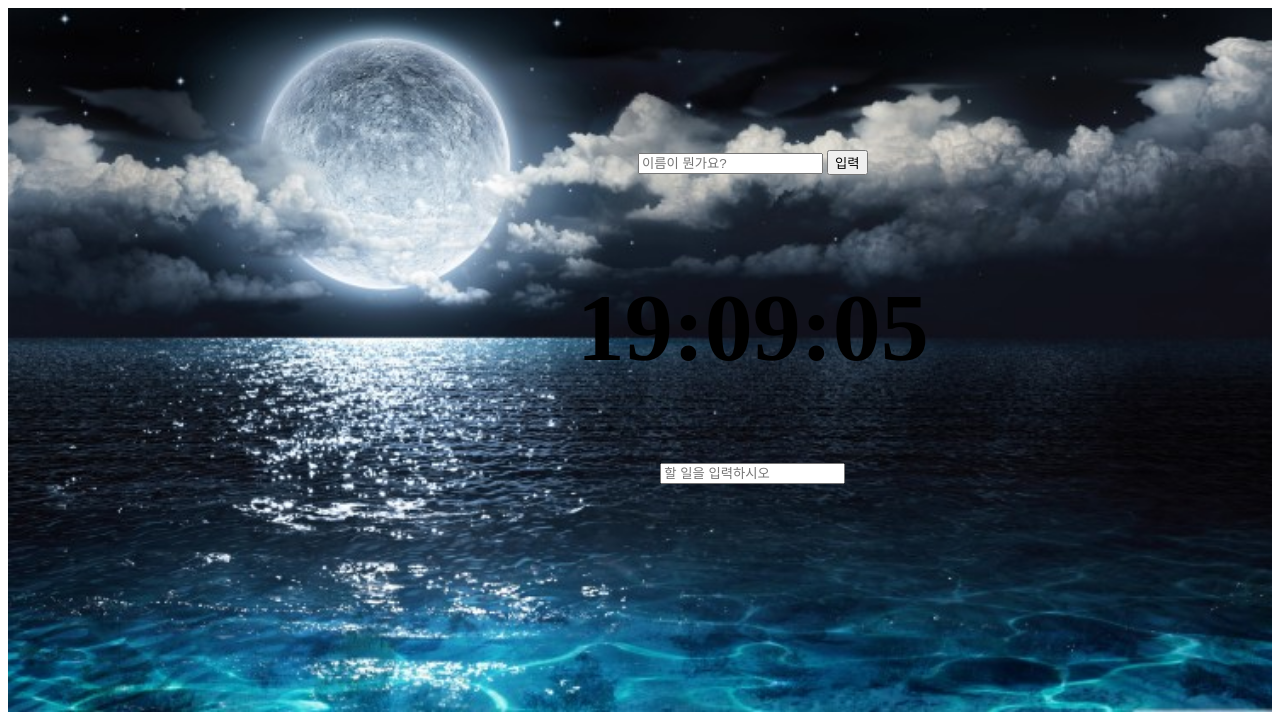
Repository: jun01270/F-E-practice
Page: index.html
These files come from the project's save history. The page is drawn as it stood at one moment and after the next save; the edit follows.
The browser window is 1280 px wide. The pictures show the whole page.

Above is the page before, as saved 2023-01-09 19:09:24.
Console error: TypeError: Cannot read properties of null (reading 'addEventListener')

### index.html
<!DOCTYPE html>
<html lang="en">
  <head>
    <meta charset="UTF-8" />
    <meta http-equiv="X-UA-Compatible" content="IE=edge" />
    <meta name="viewport" content="width=device-width, initial-scale=1.0" />
    <link rel="stylesheet" href="/css/style.css" />
    <title>Document</title>
  </head>
  <body>
    <div id="all">
      <form id="userName-form" class="hidden">
        <input required type="text" placeholder="이름이 뭔가요?" />
        <input type="submit" value="입력" />
      </form>
      <br />
      <h2 id="clock">00:00:00</h2>
      <form id="todo-form">
        <input type="text" placeholder="할 일을 입력하시오" />
      </form>
      <ul id="todo-list"></ul>
      <div id="quote">
        <span></span>
        <span></span>
      </div>
    </div>
    <script src="/js/greeting.js"></script>
    <script src="/js/clock.js"></script>
    <script src="/js/quotes.js"></script>
    <script src="/js/background.js"></script>
    <script src="js/todo.js"></script>
    <script src="/js/weather.js"></script>
  </body>
</html>

### css/style.css
.hidden {
  display: none;
}

#background {
  width: 100%;
  height: 100%;
  padding: 0;
}

body {
  position: relative;
}

#all {
  position: absolute;
  top: 20%;
  left: 45%;
  text-align: center;
}

#clock {
  font-size: 600%;
}

### js/greeting.js
const userNameBtn = document.querySelector("#userName-form submit");
const userName = document.querySelector("#userName-form input");
const loginForm = document.querySelector("#userName-form");
const firstH1 = document.getElementById("result");
const SavedUserName = localStorage.getItem("username");
const HIDDEN_CLASSNAME = "hidden";
const toStart = document.querySelector("button.boom");

function loginResult(e) {
  e.preventDefault();
  loginForm.classList.add(HIDDEN_CLASSNAME);
  const userName1 = userName.value;
  localStorage.setItem("username", userName1);
  paintUserName();
}

function paintUserName() {
  const userName1 = localStorage.getItem("username");
  firstH1.innerText = `Hello ${userName1}`;
  firstH1.classList.remove(HIDDEN_CLASSNAME);
}

if (SavedUserName === null) {
  loginForm.classList.remove(HIDDEN_CLASSNAME);
  loginForm.addEventListener("submit", loginResult);
} else {
  paintUserName();
}

function deleteUserName() {
  localStorage.removeItem("username");
  location.reload();
}

toStart.addEventListener("click", deleteUserName);
console.log(toStart.className);

### js/clock.js
const clock = document.querySelector("h2#clock");

function getClock() {
  const date = new Date();
  let Hours = String(date.getHours()).padStart(2, "0");
  let Minutes = String(date.getMinutes()).padStart(2, "0");
  let Seconds = String(date.getSeconds()).padStart(2, "0");
  // console.log(`${date.getHours()}:${date.getMinutes()}:${date.getSeconds()}`);
  clock.innerText = `${Hours}:${Minutes}:${Seconds}`;
}

getClock();
setInterval(getClock, 1000);

### js/quotes.js
const quotes = [
  {
    quote: "삶이 있는 한 희망은 있다",
    author: "-키케로",
  },
  {
    quote: "산다는것 그것은 치열한 전투이다.",
    author: "-로망로랑",
  },
  {
    quote: "하루에 3시간을 걸으면 7년 후에 지구를 한바퀴 돌 수 있다. ",
    author: "-사무엘존슨",
  },
  {
    quote: "언제나 현재에 집중할수 있다면 행복할것이다. ",
    author: "-파울로 코엘료",
  },
  {
    quote:
      "진정으로 웃으려면 고통을 참아야하며 , 나아가 고통을 즐길 줄 알아야 해 ",
    author: "-찰리 채플린",
  },
  {
    quote: "직업에서 행복을 찾아라. 아니면 행복이 무엇인지 절대 모를 것이다 ",
    author: "-엘버트 허버드",
  },
  {
    quote: "신은 용기있는자를 결코 버리지 않는다 ",
    author: "-켄러",
  },
  {
    quote:
      "행복의 문이 하나 닫히면 다른 문이 열린다 그러나 우리는 종종 닫힌 문을 멍하니 바라보다가 우리를 향해 열린 문을 보지 못하게 된다 ",
    author: "–헬렌켈러",
  },
  {
    quote: "피할수 없으면 즐겨라 ",
    author: "–로버트 엘리엇",
  },
];
const quoteCount = quotes.length;
const quote = document.querySelector("#quote span:first-child");
const author = document.querySelector("#quote span:last-child");
const todaysQuote = quotes[Math.floor(Math.random() * quoteCount)];

function showQuote() {
  console.log(quotes[Math.floor(Math.random() * quoteCount)]);
  quote.innerText = todaysQuote.quote;
  author.innerText = todaysQuote.author;
}

// setInterval(showQuote, 1000);

### js/background.js
const images = ["moon.jpg", "river.jpg", "orora.jpg"];
const chosenImage = images[Math.floor(Math.random() * images.length)];
const bgImage = document.createElement("img");
const content = document.getElementById("wrapper");
bgImage.id = "background";

bgImage.src = `img/${chosenImage}`;

document.body.appendChild(bgImage);
// bgImage.appendChild(content);

console.log(content);

### js/todo.js
const toDoForm = document.getElementById("todo-form");
const toDoInput = document.querySelector("#todo-form input");
const toDoLi = document.querySelector("#todo-list li");
const toDoList = document.getElementById("todo-list");
const TODOS_KEY = "todos";
let toDos = [];

function saveToDoLists() {
  localStorage.setItem(TODOS_KEY, JSON.stringify(toDos));
}

function deleteToDo(e) {
  const todoLi = e.target.parentNode;
  todoLi.remove();
  const cleanToDos = toDos.filter((toDo) => toDo.id !== todoLi.id);
  toDos = cleanToDos;
  saveToDoLists();
}

function paintToDo(newToDoObj) {
  const listOfToDo = document.createElement("div");
  listOfToDo.id = newToDoObj.Id;
  const span = document.createElement("span");
  span.innerText = newToDoObj.text;
  const deleteButton = document.createElement("button");
  deleteButton.innerText = "X";
  deleteButton.addEventListener("click", deleteToDo);
  listOfToDo.appendChild(span);
  listOfToDo.appendChild(deleteButton);
  toDoList.appendChild(listOfToDo);
}

function handleToDoSubmit(e) {
  e.preventDefault();
  const newToDo = toDoInput.value;
  toDoInput.value = "";
  const newToDoObj = {
    text: newToDo,
    id: toDos.length + 1,
  };
  toDos.push(newToDoObj);
  paintToDo(newToDoObj);
  saveToDoLists();
}

toDoForm.addEventListener("submit", handleToDoSubmit);

const getToDo = localStorage.getItem(TODOS_KEY);
if (getToDo !== null) {
  const parseToDo = JSON.parse(getToDo);
  toDos = parseToDo;
  parseToDo.forEach(paintToDo);
}

### js/weather.js
const API_KEY = "fbf7375beaa21a73574692bdaef4a2e7";

function onGeoSuc(position) {
  const lat = position.coords.latitude;
  const lon = position.coords.longitude;
  console.log("Your position is", lat, lon);
  const url = `https://api.openweathermap.org/geo/1.0/reverse?lat=${lat}&lon=${lon}&limit={limit}&appid=${API_KEY}`;
  console.log(url);
}

function onGeoErr() {
  alert("위치를 찾을 수 없습니다.");
}
navigator.geolocation.getCurrentPosition(onGeoSuc, onGeoErr);

After the next save:
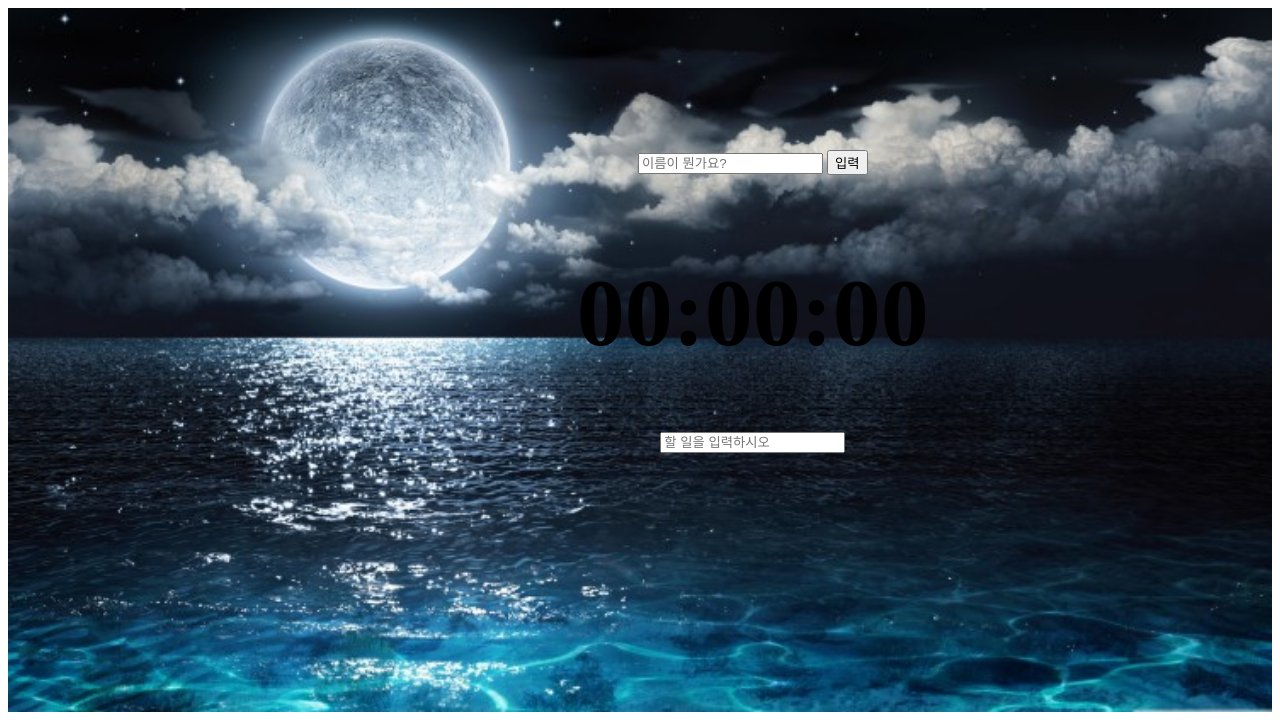
Saved 51 s later.
--- a/index.html
+++ b/index.html
@@ -14,7 +14,7 @@
         <input type="submit" value="입력" />
       </form>
       <br />
-      <h2 id="clock">00:00:00</h2>
+      <h1 id="clock">00:00:00</h1>
       <form id="todo-form">
         <input type="text" placeholder="할 일을 입력하시오" />
       </form>
